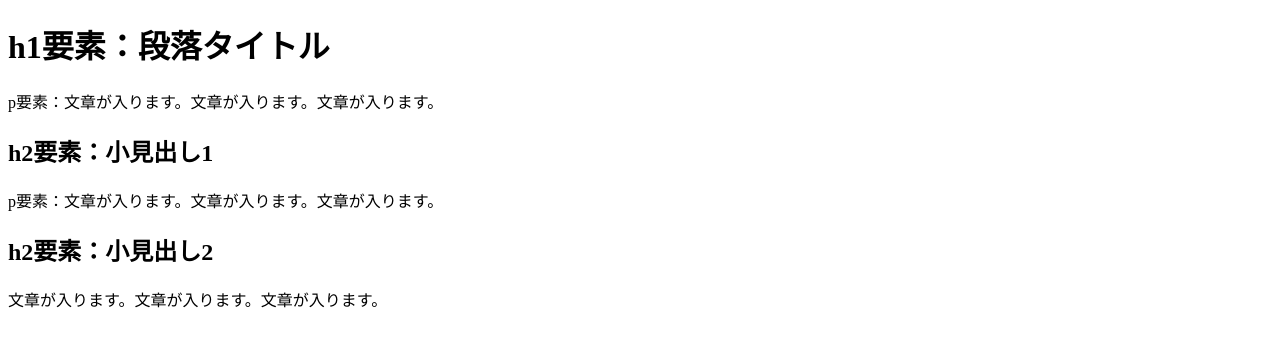
Repository: chao-21/samurai_HTML-CSS
Page: index.html
The author's editor kept a record of every edit. The page is drawn from the files as they stood at one moment, then again after the next edit.
The browser window is 1280 px wide. The pictures show the whole page.

Above is the page before.

After the next edit:
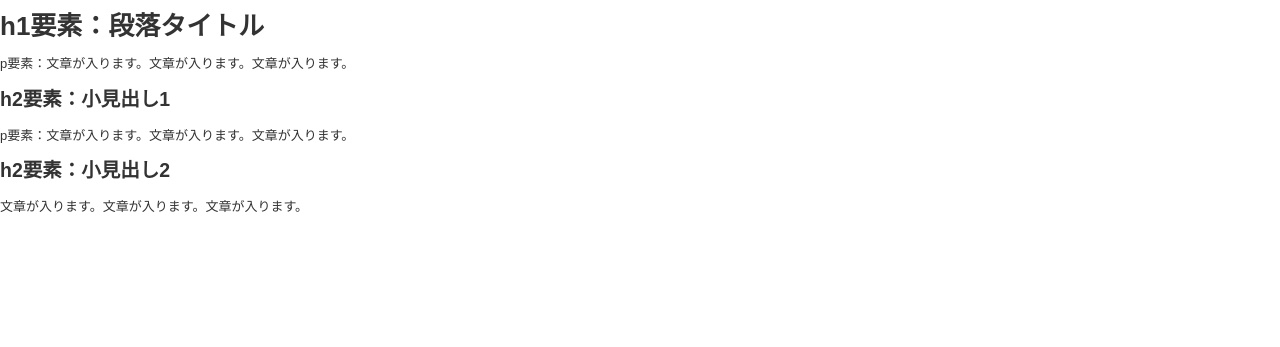
The edit:
--- a/index.html
+++ b/index.html
@@ -3,6 +3,7 @@
 <head>
   <meta charset="UTF-8">
   <title>HTML/CSSの学習</title>
+  <link rel="stylesheet" href="stylesheet.css">
 </head>
 <body>
   <h1 class="blue">h1要素：段落タイトル</h1>
